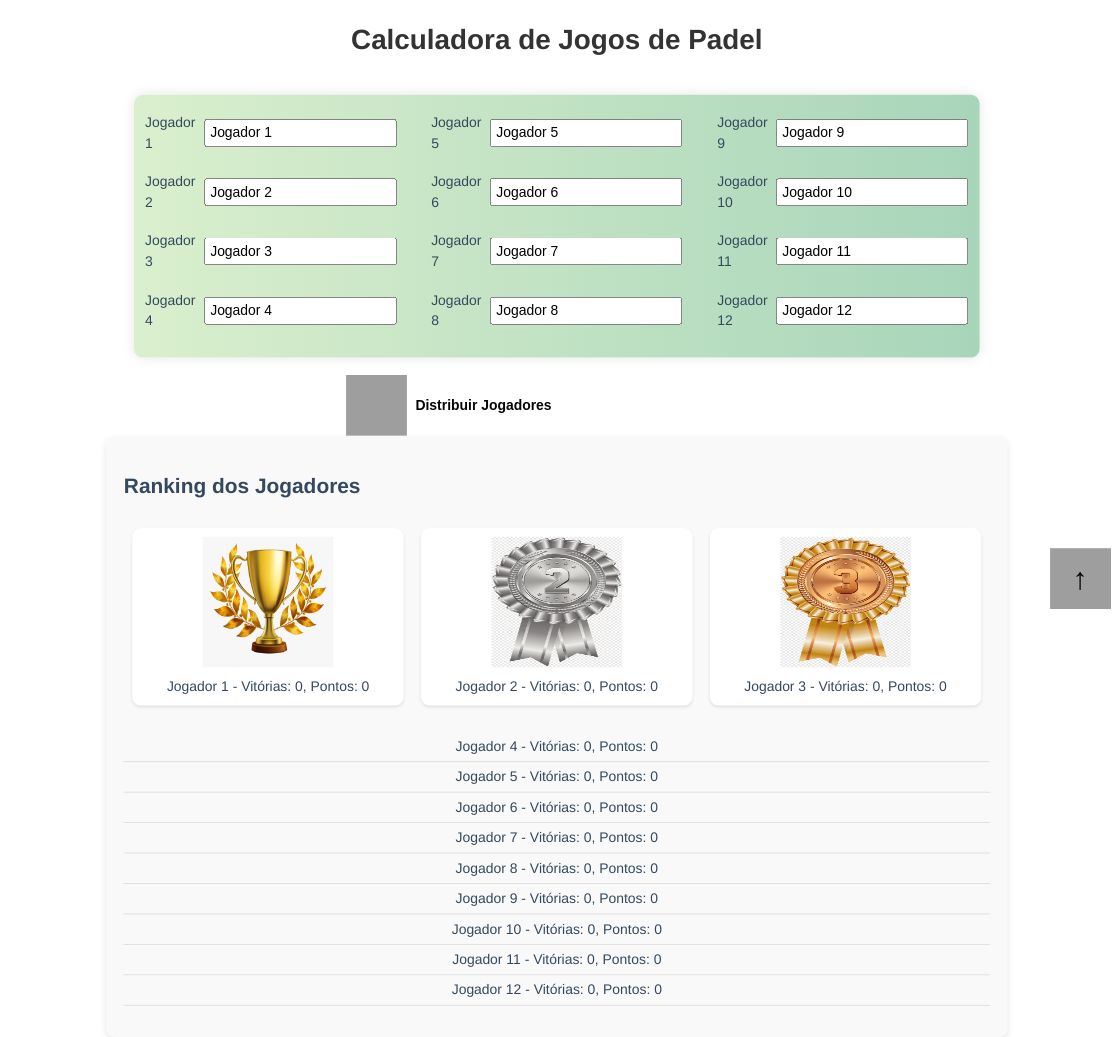
Repository: MarcioMiguel22/PadelMaster
Page: /calculadora
An editor plug-in stored every save of this project. The page is shown before and after the next save, followed by the edit.
The browser window is 1280 px wide. The pictures show the whole page, at 87% of full size.
Pictures or frames that could not be fetched are drawn as grey boxes. The project was rebuilt for these pictures with package versions that can differ from the ones it lists, and the page was loaded fresh each time. Also part of the build but not shown: vite.config.ts, src/pages/Home/Home.tsx, src/components/components_calculadora/Campo.tsx, src/components/components_calculadora/Jogo.tsx, src/pages/Player/playerComponent.tsx, src/index.css.

Above is the page before, as saved 2024-06-16 09:55:55.

### src/main.tsx
///home/marciomiguel/code/MarcioMiguel22/Sites/PadelMaster/src/main.tsx
import { render } from 'react-dom';
import { StrictMode } from 'react';
import App from './App';
import './index.css';

const root = document.getElementById('root')!;
render(
  <StrictMode>
    <App />
  </StrictMode>,
  root
);

### src/App.tsx

///home/marciomiguel/code/MarcioMiguel22/Sites/PadelMaster/src/App.tsx

import { BrowserRouter, Routes, Route } from 'react-router-dom';
import Home from './pages/Home/Home';
import Calculadora from './pages/Calculadora/Calculadora';
import PlayerComponent from './pages/Player/playerComponent';
function App() {
  return (
    <BrowserRouter>
      <Routes>
        <Route path="/" element={<Home />} />
        <Route path="/calculadora" element={<Calculadora />} /> // Wrap Calculadora component with curly braces
        <Route path="/player-component" element={<PlayerComponent />} />
      </Routes>
    </BrowserRouter>
  );
}

export default App

### src/pages/Home/Home.module.css
.padel-container {
  text-align: center;
  background-color: white;
  padding: 20px;
  border-radius: 10px;
  box-shadow: 0 0 10px rgba(0, 0, 0, 0.1);
}

h1 {
  color: #333;
  margin-bottom: 20px;
}

.padel-image {
  max-width: 50%;
  height: auto;
  border-radius: 10px;
  margin-bottom: 20px;
}

.enter-button {
  background-image: url('../../assets/images/tennis-ball.png'); /* Ensure the path is correct */
  background-size: cover;
  background-position: center;
  background-repeat: no-repeat;
  width: 60px;
  height: 60px;
  border: none;
  border-radius: 50%;
  cursor: pointer;
  padding: 0;
}

.enter-button:hover {
  transform: scale(1.1);
}

### src/pages/Calculadora/Calculadora.css
.calculadora-container {
  display: flex;
  flex-direction: column;
  align-items: center;
  gap: 20px;
}

.main-content {
  gap: 20px;
}

.jogadores-lista {
  background: linear-gradient(to right, #daefcd, #a8d5ba);
  display: flex;
  flex-direction: row;
  justify-content: center;
  gap: 40px;
  width: 90%;
  max-width: 1200px;
  margin: 0 auto;
  padding: 20px;
  border-radius: 10px;
  box-shadow: 0 0 15px rgba(0, 0, 0, 0.1);
}

.jogadores-coluna {
  display: flex;
  flex-direction: column;
  align-items: center;
  gap: 10px;
}

.jogador-item {
  display: flex;
  align-items: center;
  margin-bottom: 10px;
}

.jogador-item label {
  margin-right: 10px;
}

.jogador-item input {
  padding: 5px;
  font-size: 16px;
}

.jogador-input {
  margin-right: 5px;
  padding: 5px;
  font-size: 16px;
  border: 1px solid #ccc;
  border-radius: 5px;
}

.distribute-button, .scroll-to-top {
  background-color: #4CAF50;
  color: white;
  padding: 10px 20px;
  border: none;
  border-radius: 5px;
  cursor: pointer;
  font-size: 16px;
  margin-top: 10px;
}

.distribute-button:hover, .scroll-to-top:hover {
  background-color: #45a049;
}

.fields-container {
  display: flex;
  flex-direction: column;
  align-items: center;
  margin-top: 20px;
}

.jogo {
  margin-bottom: 40px;
}

.campos {
  display: flex;
  justify-content: space-around;
}

.field {
  background: linear-gradient(to right, #c3e8ad, #a8d5ba);
  padding: 40px;
  border-radius: 10px;
  box-shadow: 0 0 10px rgba(0, 0, 0, 0.1);
  width: 30%;
}

.field h2 {
  margin-top: 0;
}

.team {
  list-style-type: none;
  padding: 5px;
  background-color: #fff;
  margin: 5px 0;
  border-radius: 5px;
  box-shadow: 0 0 5px rgba(0, 0, 0, 0.1);
  width: fit-content; /* Ajuste o valor conforme necessário */
}

.team.vencedor {
  background-color: #d4edda; /* Verde claro */
}

.team.perdedor {
  background-color: #f8d7da; /* Vermelho claro */
}

.team div {
  display: flex;
  align-items: center;
}

.team input.resultado-input {
  margin-left: 10px;
  width: 45px;
  padding: 5px;
  font-size: 16px;
}

.ranking-container {
  margin-top: 40px;
}

.ranking-container h2 {
  margin-bottom: 10px;
}

.ranking-container ul {
  list-style-type: none;
  padding: 0;
}

.ranking-container li {
  margin: 5px 0;
}



/* Media Queries para Mobile */
@media screen and (max-width: 767px) {
  .jogadores-lista {
    flex-direction: column;
    align-items: center;
    gap: 20px;
    padding: 10px;
  }

  .field {
    width: 80%;
    margin-bottom: 20px;
  }

  .campos {
    flex-direction: column;
    align-items: center;
    gap: 20px;
  }

  .distribute-button, .scroll-to-top {
    width: 100%;
    font-size: 14px;
    padding: 8px 16px;
  }

  .team div {
    flex-direction: column;
    align-items: flex-start;
  }

  .team input.resultado-input {
    margin-left: 0;
    margin-top: 5px;
  }
  .ranking-container {
    flex-flow: column;
    margin-top: 40px;
  }

  .ranking-container h2 {
    margin-bottom: 10px;
  }

  .ranking-container ul {
    list-style-type: none;
    padding: 0;
  }

  .ranking-container li {
    margin: 5px 0;
  }
}

/* Media Queries para Mobile */
@media screen and (max-width: 479px) {
  .jogadores-lista {
    flex-direction: column;
    align-items: center;
    gap: 20px;
    padding: 10px;
  }

  .field {
    width: 80%;
    margin-bottom: 20px;
  }

  .campos {
    flex-direction: column;
    align-items: center;
    gap: 20px;
  }

  .distribute-button, .scroll-to-top {
    width: 100%;
    font-size: 14px;
    padding: 8px 16px;
  }

  .team div {
    flex-direction: column;
    align-items: flex-start;
  }

  .team input.resultado-input {
    margin-left: 0;
    margin-top: 5px;
  }
  .ranking-container {
    flex-flow: column;
    margin-top: 40px;
  }

  .ranking-container h2 {
    margin-bottom: 10px;
  }

  .ranking-container ul {
    list-style-type: none;
    padding: 0;
  }

  .ranking-container li {
    margin: 5px 0;
  }
}

### src/components/components_calculadora/JogadoresLista.tsx
import React from 'react';
import JogadorItem from './JogadorItem';
import { Jogador } from '../../utils/types/types'; // Importando o tipo Jogador

interface JogadoresListaProps {
  jogadores: Jogador[];
  handleNomeChange: (id: number, novoNome: string) => void;
}

const JogadoresLista: React.FC<JogadoresListaProps> = ({ jogadores, handleNomeChange }) => (
  <div className="jogadores-lista">
    {Array.from({ length: 3 }, (_, i) => (
      <div className="jogadores-coluna" key={i}>
        {jogadores.slice(i * 4, (i + 1) * 4).map(jogador => (
          <JogadorItem
            key={jogador.id}
            jogador={jogador}
            handleNomeChange={handleNomeChange}
          />
        ))}
      </div>
    ))}
  </div>
);

export default JogadoresLista;

### src/components/components_calculadora/Ranking.tsx
import React from 'react';
import ouro from '../../assets/images/ouro.png';
import prata from '../../assets/images/prata.png';
import bronze from '../../assets/images/bronze.png';
import styles from './Ranking.module.css';

interface Jogador {
  id: number;
  nome: string;
  vitorias: number;
  pontos: number;
}

interface RankingProps {
  jogadoresClassificados: Jogador[];
}

const Ranking: React.FC<RankingProps> = ({ jogadoresClassificados }) => {
  const top3 = jogadoresClassificados.slice(0, 3);
  const outrosJogadores = jogadoresClassificados.slice(3);

  const medalhas = [ouro, prata, bronze];

  return (
    <div className={styles.rankingContainer}>
      <h2>Ranking dos Jogadores</h2>
      <div className={styles.top3Container}>
        {top3.map((jogador, index) => (
          <div key={jogador.id} className={styles.top3Item}>
            <img src={medalhas[index]} alt={`Medalha de ${index + 1}`} className={styles.medalha} />
            {jogador.nome} - Vitórias: {jogador.vitorias}, Pontos: {jogador.pontos}
          </div>
        ))}
      </div>
      <ul className={styles.outrosJogadores}>
        {outrosJogadores.map((jogador) => (
          <li key={jogador.id}>
            {jogador.nome} - Vitórias: {jogador.vitorias}, Pontos: {jogador.pontos}
          </li>
        ))}
      </ul>
    </div>
  );
};

export default Ranking;

### src/components/components_calculadora/logic/gameLogic.ts
import { Jogador, Campo as CampoType } from '../../../utils/types/types';

export const separarDuplas = (jogadores: Jogador[]): Jogador[] => {
  const separados: Jogador[] = [];
  while (jogadores.length) {
    const [jogador1, jogador2] = jogadores.splice(0, 2);
    separados.push(jogador1);
    if (jogador2) separados.push(jogador2);
  }
  return separados;
};

export const iniciarProximoJogo = (jogos: CampoType[][], setJogos: React.Dispatch<React.SetStateAction<CampoType[][]>>) => {
  const ultimoJogo = jogos[jogos.length - 1];
  const novosCampos: CampoType[] = [
    { id: 1, times: [] },
    { id: 2, times: [] },
    { id: 3, times: [] },
  ];

  const campo1 = ultimoJogo.find(campo => campo.id === 1);
  const campo2 = ultimoJogo.find(campo => campo.id === 2);
  const campo3 = ultimoJogo.find(campo => campo.id === 3);

  if (campo1 && campo2 && campo3) {
    const [time1Campo1, time2Campo1] = campo1.times;
    const [time1Campo2, time2Campo2] = campo2.times;
    const [time1Campo3, time2Campo3] = campo3.times;

    // Vencedores e perdedores dos campos
    const vencedoresCampo1 = time1Campo1.resultado > time2Campo1.resultado ? time1Campo1.jogadores : time2Campo1.jogadores;
    const perdedoresCampo1 = time1Campo1.resultado > time2Campo1.resultado ? time2Campo1.jogadores : time1Campo1.jogadores;

    const vencedoresCampo2 = time1Campo2.resultado > time2Campo2.resultado ? time1Campo2.jogadores : time2Campo2.jogadores;
    const perdedoresCampo2 = time1Campo2.resultado > time2Campo2.resultado ? time2Campo2.jogadores : time1Campo2.jogadores;

    const vencedoresCampo3 = time1Campo3.resultado > time2Campo3.resultado ? time1Campo3.jogadores : time2Campo3.jogadores;
    const perdedoresCampo3 = time1Campo3.resultado > time2Campo3.resultado ? time2Campo3.jogadores : time1Campo3.jogadores;

    // Atualizar pontuação dos jogadores
    const margemVitoriaCampo1 = Math.abs(time1Campo1.resultado - time2Campo1.resultado);
    const margemVitoriaCampo2 = Math.abs(time1Campo2.resultado - time2Campo2.resultado);
    const margemVitoriaCampo3 = Math.abs(time1Campo3.resultado - time2Campo3.resultado);

    vencedoresCampo1.forEach(jogador => {
      jogador.vitorias += 1;
      jogador.pontos += margemVitoriaCampo1;
    });

    vencedoresCampo2.forEach(jogador => {
      jogador.vitorias += 1;
      jogador.pontos += margemVitoriaCampo2;
    });

    vencedoresCampo3.forEach(jogador => {
      jogador.vitorias += 1;
      jogador.pontos += margemVitoriaCampo3;
    });

    // Campo 1: vencedores do campo 1 e vencedores do campo 2
    novosCampos[0].times.push(
      { jogadores: [vencedoresCampo1[0], vencedoresCampo2[0]], resultado: 0 },
      { jogadores: [vencedoresCampo1[1], vencedoresCampo2[1]], resultado: 0 }
    );

    // Campo 2: perdedores do campo 1 e vencedores do campo 3
    novosCampos[1].times.push(
      { jogadores: [perdedoresCampo1[0], vencedoresCampo3[0]], resultado: 0 },
      { jogadores: [perdedoresCampo1[1], vencedoresCampo3[1]], resultado: 0 }
    );

    // Campo 3: perdedores do campo 2 e perdedores do campo 3
    novosCampos[2].times.push(
      { jogadores: [perdedoresCampo2[0], perdedoresCampo3[0]], resultado: 0 },
      { jogadores: [perdedoresCampo2[1], perdedoresCampo3[1]], resultado: 0 }
    );
  }

  setJogos([...jogos, novosCampos]);
};

### src/components/components_calculadora/ScrollToTopButton.tsx
import React from 'react';
import tennisBall from '../../assets/images/tennis-ball.png';
import styles from './ScrollToTopButton.module.css'; // Importando o arquivo CSS Module

const ScrollToTopButton: React.FC = () => {
  const scrollToTop = () => {
    window.scrollTo({ top: 0, behavior: 'smooth' });
  };

  return (
    <button onClick={scrollToTop} className={styles.scrollToTop}>
      <img src={tennisBall} alt="Tennis Ball" className={styles.tennisBall} />
      <span className={styles.arrowUp}>↑</span>
    </button>
  );
};

export default ScrollToTopButton;

### src/components/components_calculadora/DistributeButton.tsx
import React from 'react';
import tennisBall from '../../assets/images/tennis-ball.png';
import styles from './DistributeButton.module.css'; // Importando o arquivo CSS Module

const DistributeButton: React.FC<{ onClick: () => void }> = ({ onClick }) => {
  return (
    <button onClick={onClick} className={styles.distributeButton}>
      <img src={tennisBall} alt="Tennis Ball" className={styles.tennisBall} />
      <span className={styles.label}>Distribuir Jogadores</span>
    </button>
  );
};

export default DistributeButton;

### src/pages/Player/playerComponent.module.css
/* playerComponent.module.css */

/* Root Variables */
:root {
  --primary-color: #2c3e50;
  --secondary-color: #ecf0f1;
  --accent-color: #e74c3c;
  --text-color: #34495e;
  --background-color: #ffffff;
  --border-color: #bdc3c7;
  --link-color: #2980b9;
  --font-family: 'Helvetica Neue', Arial, sans-serif;
  --font-size: 16px;
  --line-height: 1.5;
}

body {
  font-family: var(--font-family);
  font-size: var(--font-size);
  line-height: var(--line-height);
  color: var(--text-color);
  background-color: var(--background-color);
  margin: 0;
  padding: 0;
}

.navigation-bar {
  background-color: var(--primary-color);
  color: var(--secondary-color);
  padding: 10px 0;
}

.container {
  width: 90%;
  max-width: 1200px;
  margin: 0 auto;
  display: flex;
  justify-content: space-between;
  align-items: center;
}

.nav-brand .site-name {
  font-size: 24px;
  font-weight: bold;
  color: var(--secondary-color);
}

.navigation-menu {
  display: flex;
  gap: 15px;
}

.navigation-link {
  color: var(--secondary-color);
  text-decoration: none;
  font-size: 18px;
}

.navigation-link:hover {
  color: var(--accent-color);
}

.menu-button .nav-icon-menu {
  width: 30px;
  height: 3px;
  background-color: var(--secondary-color);
  margin: 5px 0;
}

.content-wrapper {
  padding: 20px 0;
}

.row {
  display: flex;
}

.sidebar {
  width: 25%;
}

.content-column {
  width: 75%;
}

.white-wrapper {
  background-color: var(--background-color);
  padding: 20px;
  border: 1px solid var(--border-color);
  border-radius: 10px;
}

.circle-profile {
  width: 100px;
  height: 100px;
  border-radius: 50%;
  display: block;
  margin: 0 auto 10px;
}

.site-description {
  text-align: center;
  margin: 10px 0;
}

.grey-rule {
  height: 1px;
  background-color: var(--border-color);
  margin: 20px 0;
}

.small-heading {
  font-size: 18px;
  font-weight: bold;
  color: var(--text-color);
  margin-bottom: 10px;
}

.feature-posts-list .post-item {
  margin-bottom: 10px;
}

.small-post-link {
  text-decoration: none;
  color: var(--link-color);
  font-size: 16px;
}

.small-post-link:hover {
  color: var(--accent-color);
}

.social-link-group {
  display: flex;
  justify-content: space-around;
  margin: 20px 0;
}

.social-icon-link img {
  width: 25px;
  height: 25px;
}

.built-with-webflow {
  text-align: center;
  margin-top: 10px;
  font-size: 14px;
}

.webflow-link {
  color: var(--link-color);
  text-decoration: none;
}

.webflow-link:hover {
  color: var(--accent-color);
}

.post-wrapper {
  background-color: var(--background-color);
  padding: 20px;
  border: 1px solid var(--border-color);
  border-radius: 10px;
  margin-bottom: 20px;
}

.post-content .row {
  display: flex;
}

.blog-image {
  display: block;
  width: 100%;
  height: auto;
  background-color: var(--border-color);
  text-align: center;
  padding: 20px;
  color: var(--text-color);
  text-decoration: none;
  font-size: 16px;
}

.blog-title-link {
  text-decoration: none;
  color: var(--text-color);
}

.blog-title-link:hover {
  color: var(--accent-color);
}

.blog-title {
  font-size: 24px;
  margin: 0 0 10px;
}

.details-wrapper {
  display: flex;
  align-items: center;
  gap: 10px;
  margin-bottom: 10px;
}

.post-info {
  font-size: 14px;
  color: var(--text-color);
}

.when-link {
  text-decoration: none;
  color: var(--link-color);
}

.when-link:hover {
  color: var(--accent-color);
}

.post-summary-wrapper {
  margin-bottom: 10px;
}

.post-summary {
  font-size: 16px;
  color: var(--text-color);
}

.read-more-link {
  text-decoration: none;
  color: var(--link-color);
  font-size: 14px;
}

.read-more-link:hover {
  color: var(--accent-color);
}

.button-wrapper {
  text-align: center;
  margin-top: 20px;
}

.button {
  background-color: var(--primary-color);
  color: var(--secondary-color);
  border: none;
  padding: 10px 20px;
  border-radius: 5px;
  font-size: 16px;
  cursor: pointer;
  transition: background-color 0.3s;
}

.button:hover {
  background-color: var(--accent-color);
}

.sidebar-on-mobile {
  display: none;
}

@media (max-width: 768px) {
  .row {
    flex-direction: column;
  }

  .sidebar {
    display: none;
  }

  .content-column {
    width: 100%;
  }

  .sidebar-on-mobile {
    display: block;
    margin-top: 20px;
  }
}

### src/components/components_calculadora/JogadorItem.tsx
import React from 'react';
import { Jogador } from '../../utils/types/types'; // Importando o tipo Jogador

interface JogadorItemProps {
  jogador: Jogador;
  handleNomeChange: (id: number, novoNome: string) => void;
}

const JogadorItem: React.FC<JogadorItemProps> = ({ jogador, handleNomeChange }) => (
  <div className="jogador-item">
    <label>{`Jogador ${jogador.id}`}</label>
    <input
      type="text"
      value={jogador.nome}
      onChange={(e) => handleNomeChange(jogador.id, e.target.value)}
    />
  </div>
);

export default JogadorItem;

### src/components/components_calculadora/Ranking.module.css
.rankingContainer {
  padding: 20px;
  background-color: #f9f9f9;
  border-radius: 10px;
  box-shadow: 0 4px 8px rgba(0, 0, 0, 0.1);
}

.top3Container {
  display: flex;
  justify-content: space-around;
  margin-bottom: 20px;
  flex-wrap: wrap; /* Ensure items wrap in smaller screens */
}

.top3Item {
  display: flex;
  flex-direction: column;
  align-items: center;
  padding: 10px;
  background-color: #ffffff;
  border-radius: 10px;
  box-shadow: 0 2px 4px rgba(0, 0, 0, 0.1);
  text-align: center;
  margin: 10px; /* Added margin to ensure spacing between items */
  flex-basis: calc(33.33% - 20px); /* Ensure items take equal width, minus margins */
  box-sizing: border-box; /* Ensure padding is included in the element's width */
}

.medalha {
  width: 150px;
  height: 150px;
  margin-bottom: 10px;
  transition: transform 0.3s ease-in-out;
  object-fit: initial;
  background-color: transparent;
}

.medalha:hover {
  transform: scale(1.2);
  animation: pulse 1s infinite;
}

@keyframes pulse {
  0% {
    transform: scale(1.2);
  }
  50% {
    transform: scale(1.25);
  }
  100% {
    transform: scale(1.2);
  }
}

.outrosJogadores {
  list-style-type: none;
  padding: 0;
}

.outrosJogadores li {
  padding: 5px 0;
  border-bottom: 1px solid #ddd;
  text-align: center;
}

/* Media Queries for Smaller Screens */
@media screen and (max-width: 767px) {
  .top3Item {
    flex-basis: calc(50% - 20px); /* Two items per row on smaller screens */
  }
}

@media screen and (max-width: 479px) {
  .top3Item {
    flex-basis: 100%; /* One item per row on the smallest screens */
  }
}

### src/components/components_calculadora/ScrollToTopButton.module.css
.scrollToTop {
  position: fixed;
  bottom: 20px;
  left: 97%;
  transform: translateX(-50%);
  width: 70px;
  height: 70px;
  border: none;
  background: none;
  cursor: pointer;
  display: flex;
  align-items: center;
  justify-content: center;
}

.tennisBall {
  width: 100%;
  height: 100%;
  position: absolute;
}

.arrowUp {
  position: absolute;
  font-size: 35px;
  color: rgb(5, 5, 5);
  font-weight: bold;
  z-index: 1;
}

### src/components/components_calculadora/DistributeButton.module.css
.container {
  background-color: lightgreen;
  padding: 20px;
  border-radius: 10px;
  display: flex;
  justify-content: center;
  align-items: center;
}

.distributeButton {
  bottom: 100px; /* Ajuste a posição conforme necessário */
  left: 50%;
  transform: translateX(-50%);
  width: auto;
  height: 70px;
  border: none;
  background: none;
  cursor: pointer;
  display: flex;
  align-items: center;
  justify-content: center;
  flex-direction: row; /* Altera para linha */
}

.tennisBall {
  width: 70px;
  height: 70px;
  position: relative; /* Altera para relativo */
}

.label {
  font-size: 16px;
  color: rgb(5, 5, 5);
  font-weight: bold;
  margin-left: 10px; /* Espaço entre a bola e o texto */
}

Loaded but not shown: index.html (common file); src/pages/Calculadora/Calculadora.tsx (142 lines, source omitted)

After the next save:
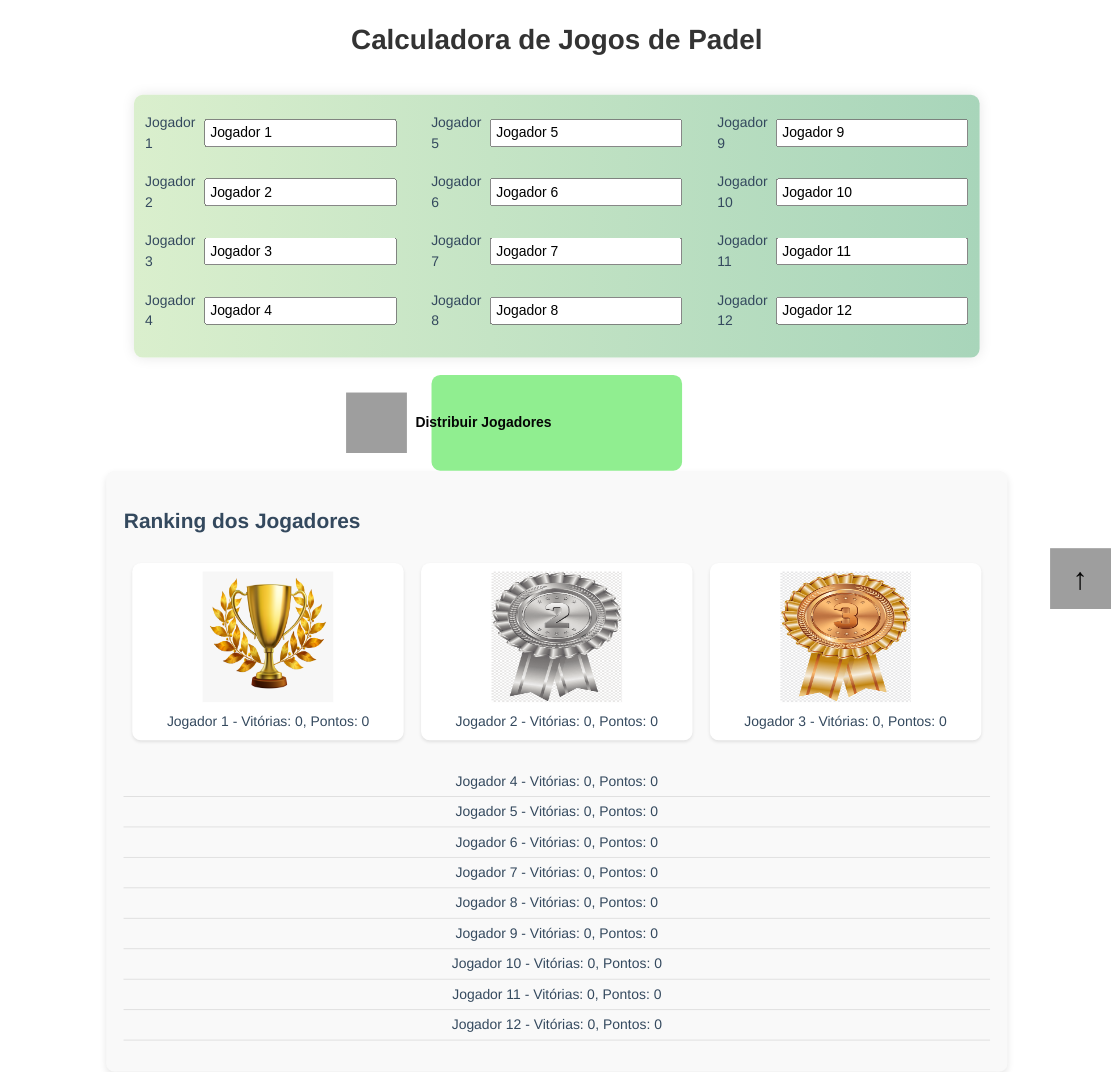
Saved 16 s later.
--- a/src/components/components_calculadora/DistributeButton.tsx
+++ b/src/components/components_calculadora/DistributeButton.tsx
@@ -4,10 +4,12 @@ import styles from './DistributeButton.module.css'; // Importando o arquivo CSS
 
 const DistributeButton: React.FC<{ onClick: () => void }> = ({ onClick }) => {
   return (
-    <button onClick={onClick} className={styles.distributeButton}>
-      <img src={tennisBall} alt="Tennis Ball" className={styles.tennisBall} />
-      <span className={styles.label}>Distribuir Jogadores</span>
-    </button>
+    <div className={styles.container}>
+      <button onClick={onClick} className={styles.distributeButton}>
+        <img src={tennisBall} alt="Tennis Ball" className={styles.tennisBall} />
+        <span className={styles.label}>Distribuir Jogadores</span>
+      </button>
+    </div>
   );
 };
 
